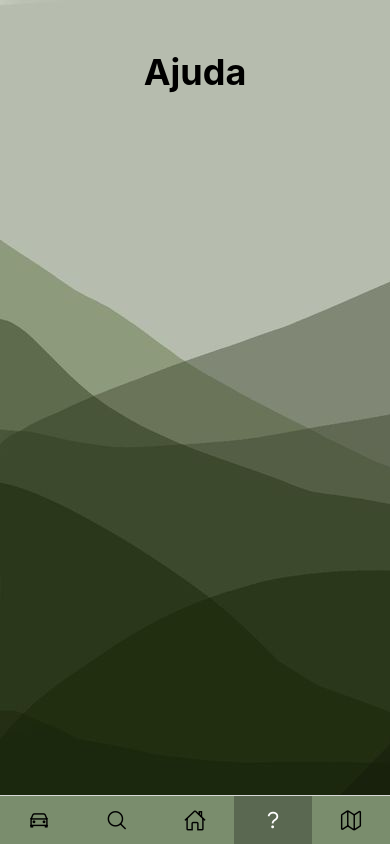
Repository: GabrielAron/EcoWheels
Screen: /Ajuda
These files come from the project's save history. The screen is drawn as it stood at one moment and after the next save; the edit follows.
The app was drawn by React Native's web renderer in a window 390 px wide. The project was rebuilt for these pictures with package versions that can differ from the ones it lists, and the page was loaded fresh each time. Also part of the build but not shown: src/Paginas/Home/index.js, src/Paginas/Carros/index.js, src/Paginas/Mapa/index.js.

Above is the screen before, as saved 2023-11-07 13:26:42.

After the next save:
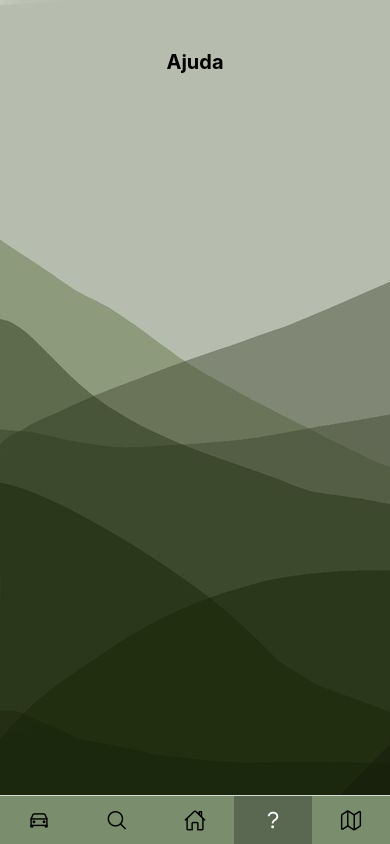
Saved 8 s later.
--- a/src/Paginas/Ajuda/index.js
+++ b/src/Paginas/Ajuda/index.js
@@ -25,7 +25,7 @@ const styles = StyleSheet.create({
   },
   text: {
     color: '#00000',
-    fontSize: 36,
+    fontSize: 20,
     position: 'absolute',
     top: 50,
     left: 0,
